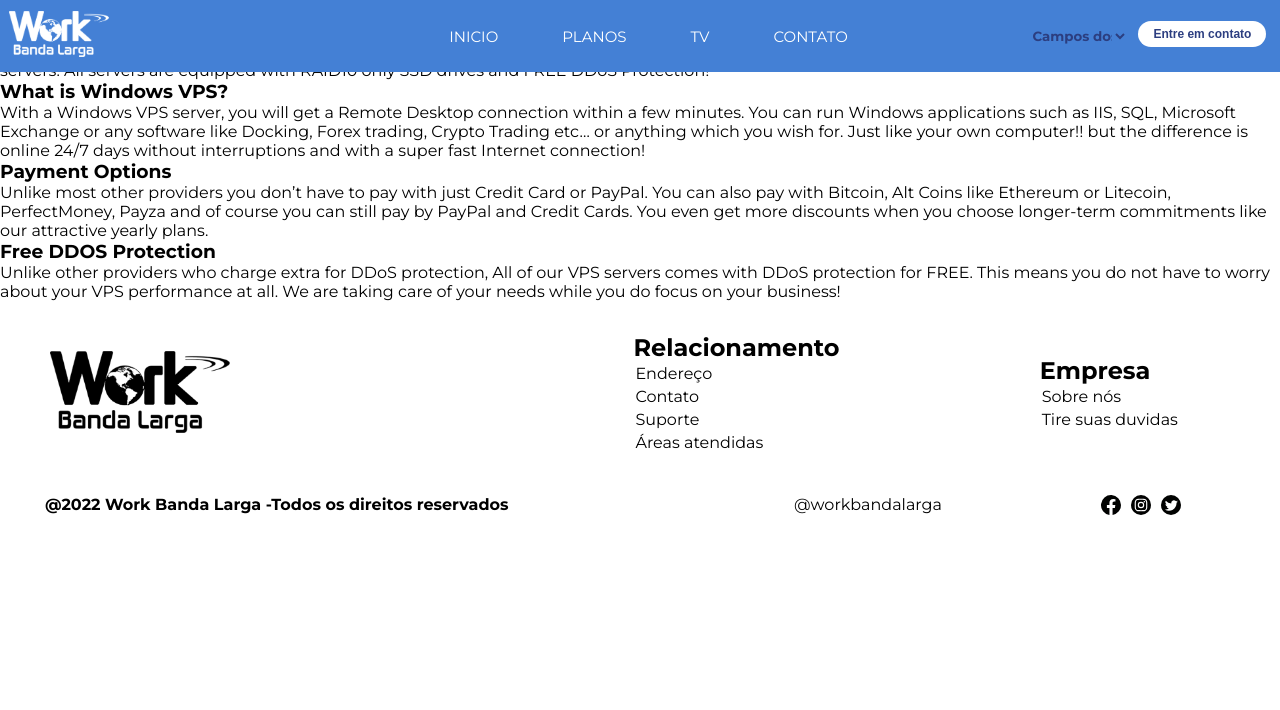
Repository: mateus-henrique-silva/WorkBandaLarga
Page: site_work/src/Pages/faq.html
The author's editor kept a copy of each file at every save. The page is drawn from the files as they stood at one save, then again after the next save.
The browser window is 1280 px wide. The pictures show the whole page.
Some web fonts or font styles are not loaded; a fallback is used.

Above is the page before, as saved 2022-09-20 09:58:23.
Console error: ReferenceError: $ is not defined

After the next save:
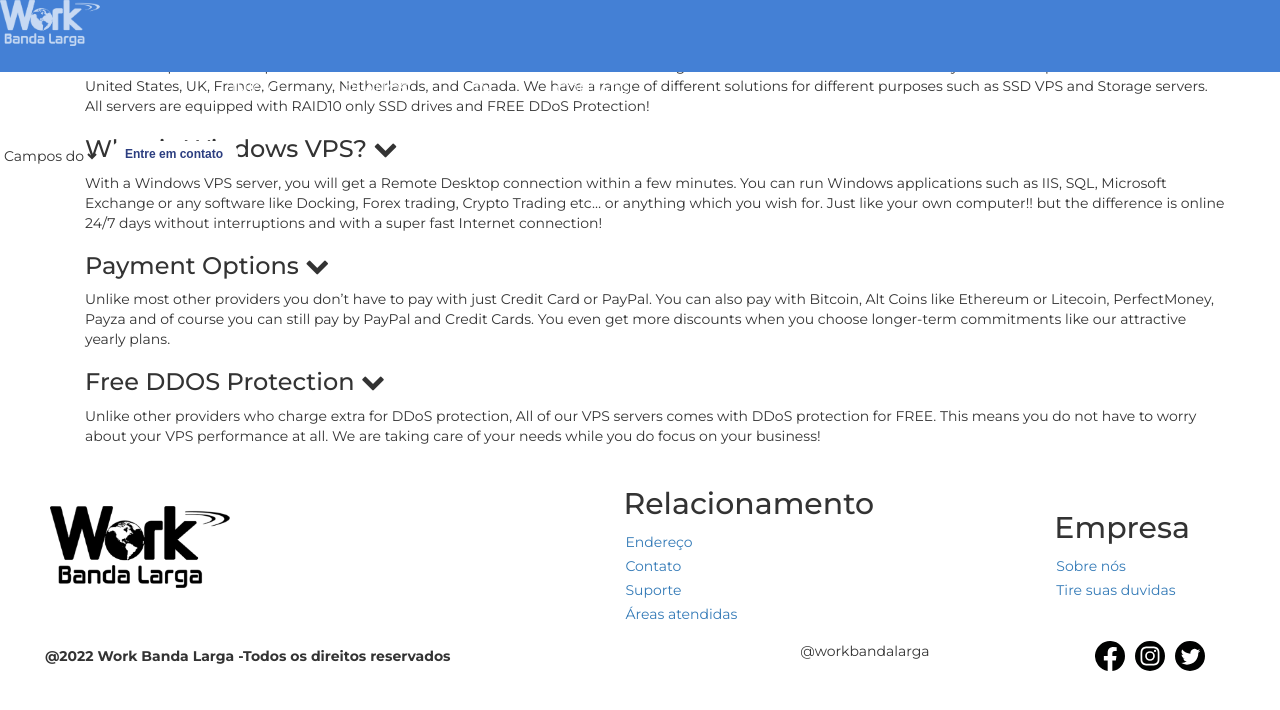
Saved 6 s later.
--- a/site_work/src/Pages/faq.html
+++ b/site_work/src/Pages/faq.html
@@ -8,6 +8,10 @@
     <link rel="stylesheet" href="../CSS/Global.css" />
     <link rel="stylesheet" href="../CSS/Header/style.css" />
     <link rel="stylesheet" href="../CSS/Footer/Style.css" />
+    <link rel="stylesheet" href="https://maxcdn.bootstrapcdn.com/font-awesome/4.7.0/css/font-awesome.min.css">
+ <link href="https://maxcdn.bootstrapcdn.com/bootstrap/3.3.7/css/bootstrap.min.css" rel="stylesheet">
+
+
     <title>Document</title>
   </head>
   <body>
